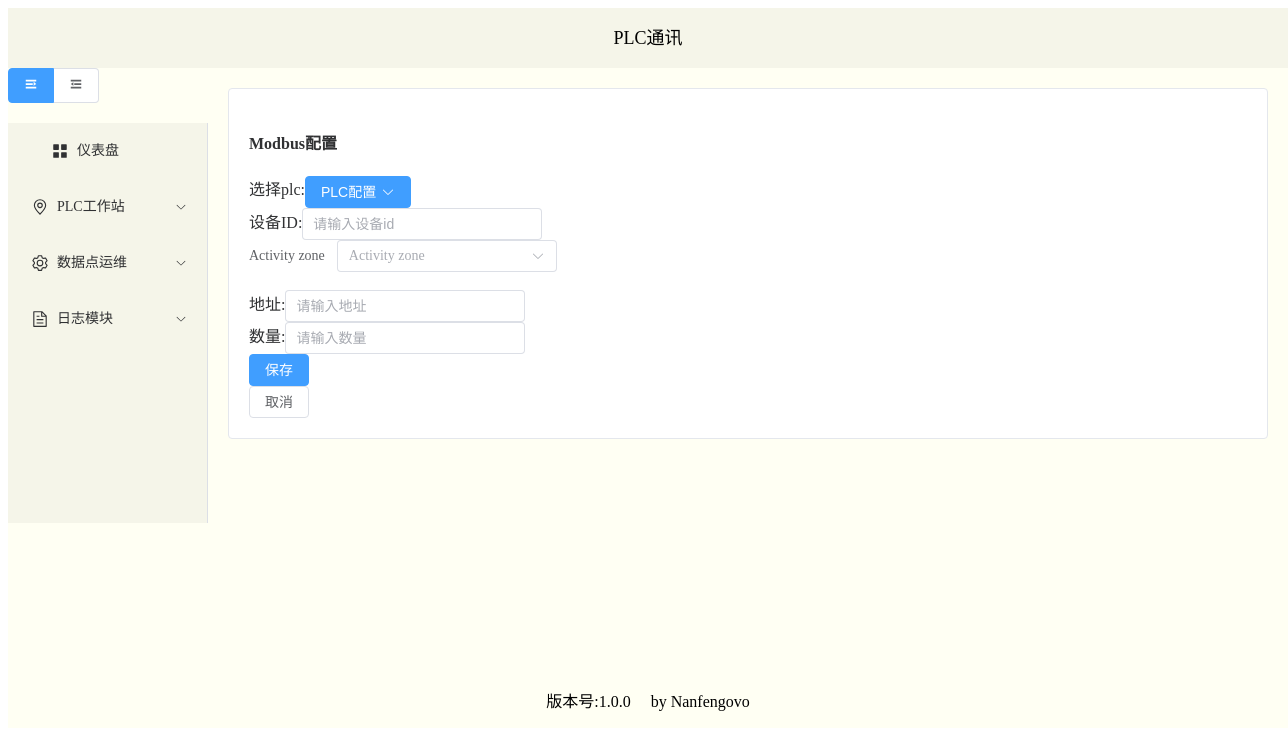
Repository: nanfengovo/HelperWorkStation
Page: /#/frameWork/DataPointOperations/Modbus (app in HelperWorkStation/plchelper-ui/)
An editor plug-in stored every save of this project. The page is shown before and after the next save, followed by the edit.
The browser window is 1280 px wide. The page is 1288 px wide, so the pictures cover 1288 px, including what lies to the right of the window. The pictures show the whole page.
The project was rebuilt for these pictures with package versions that can differ from the ones it lists, and the page was loaded fresh each time. Also part of the build but not shown: HelperWorkStation/plchelper-ui/vite.config.ts, HelperWorkStation/plchelper-ui/src/views/Login/index.vue.

Above is the page before, as saved 2025-01-28 22:19:16.

After the next save:
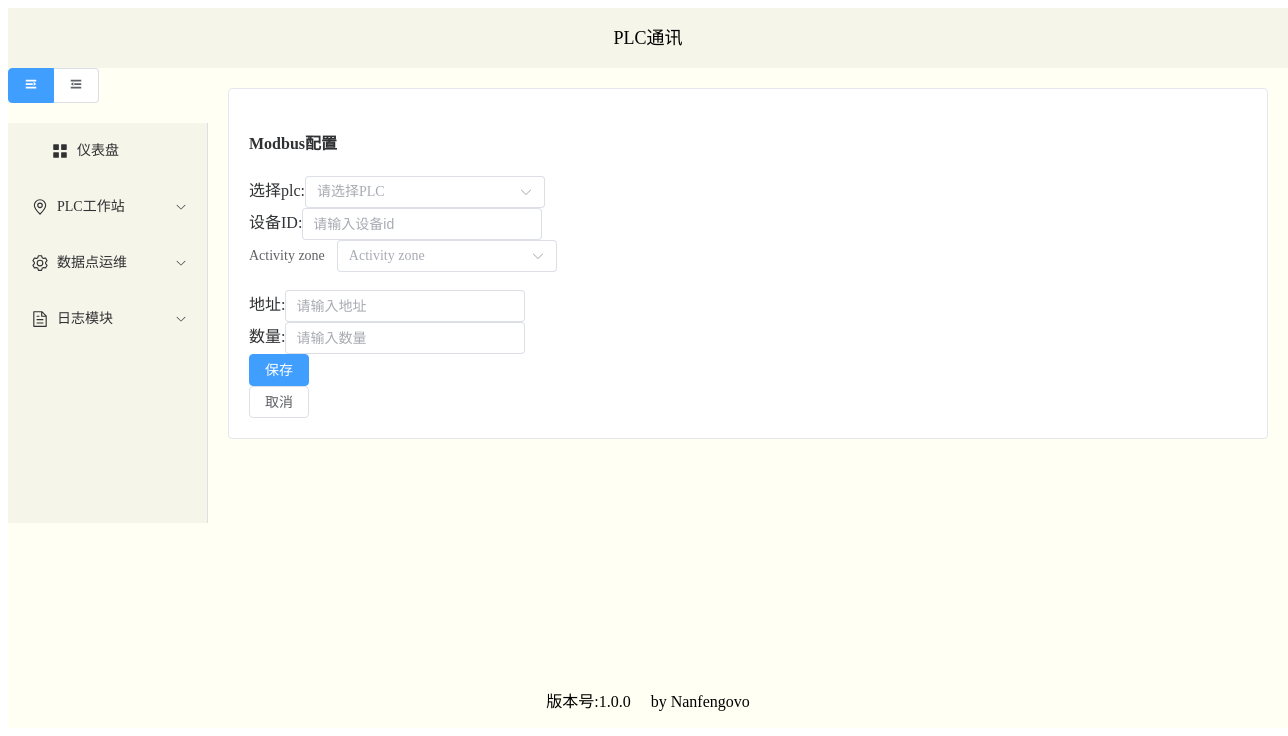
Saved 110 s later.
--- a/HelperWorkStation/plchelper-ui/src/views/FrameWork/layout/DataPointOperations/Modbus/index.vue
+++ b/HelperWorkStation/plchelper-ui/src/views/FrameWork/layout/DataPointOperations/Modbus/index.vue
@@ -8,16 +8,11 @@
                 <div class="card-top-content">
                         <div class="content-plc">
                             <label>选择plc:</label>
-                            <el-dropdown>
-                                <el-button type="primary">
-                                    PLC配置<el-icon class="el-icon--right"><arrow-down /></el-icon>
-                                </el-button>
-                                <template #dropdown>
-                                    <el-dropdown-menu v-model="PLCList">
-
-                                    </el-dropdown-menu>
-                                </template>
-                            </el-dropdown>
+                            <el-select v-model="selectPLC" placeholder="请选择PLC" style="width: 240px">
+                                <el-option label="PLC1" value="PLC1" />
+                                <el-option label="PLC2" value="PLC2" />
+                                <el-option label="PLC3" value="PLC3" />
+                            </el-select>
                         </div>
                         <div class="content-saliveId">
                             <label>设备ID:</label>
